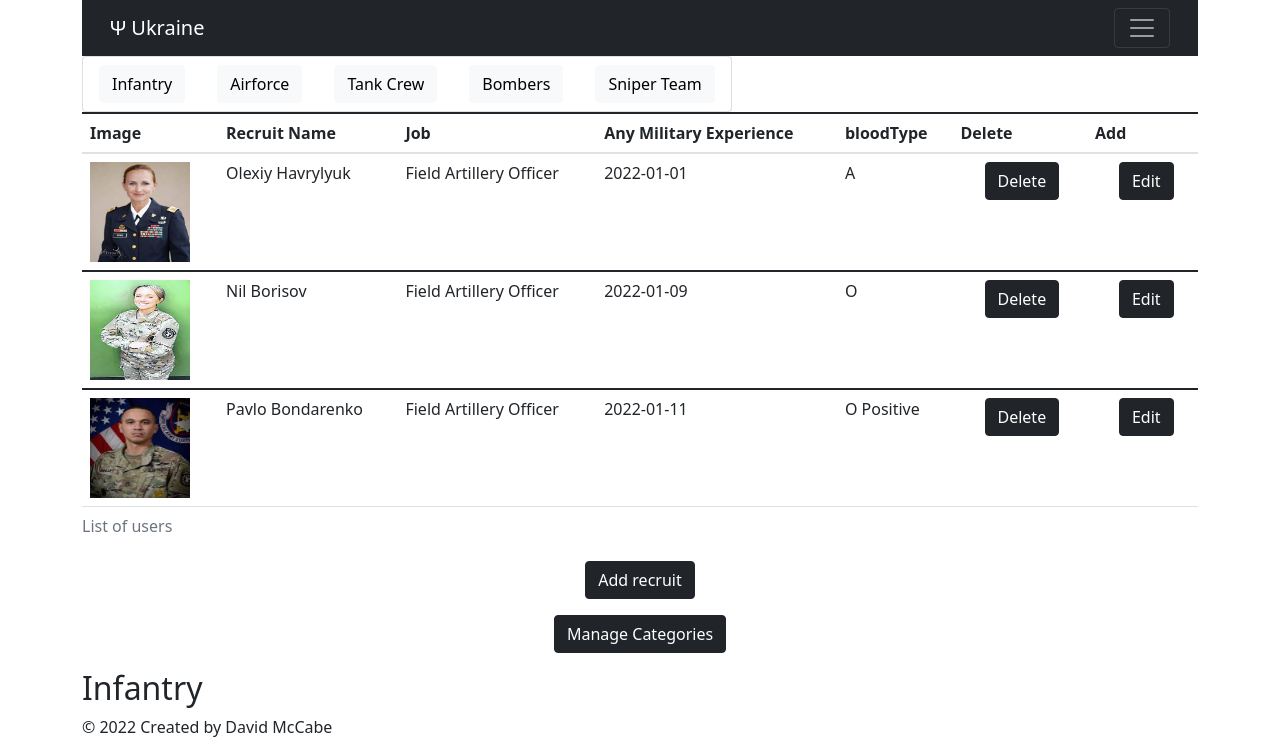
Repository: davidDKIT/ca2-davidmccabe-php
Page: http://localhost/delete_record.php
The author's editor kept a copy of each file at every save. The page is drawn from the files as they stood at one save, then again after the next save.
The browser window is 1280 px wide. The pictures show the whole page.
Some web fonts or font styles are not loaded; a fallback is used. The page is run by PHP 8.4 with error messages shown; the project is at /var/www/html/. The database holds what the project's SQL file puts in it.

Above is the page before, as saved 2022-03-15 19:13:01.

### delete_record.php
<?php
require_once('database.php');

// Get IDs
$recruit_id = filter_input(INPUT_POST, 'recruit_id', FILTER_VALIDATE_INT);
$category_id = filter_input(INPUT_POST, 'category_id', FILTER_VALIDATE_INT);

// Delete the product from the database
if ($recruit_id != false && $category_id != false) {
    $query = "DELETE FROM recruits
              WHERE recruitID = :recruit_id";
    $statement = $db->prepare($query);
    $statement->bindValue(':recruit_id', $recruit_id);
    $statement->execute();
    $statement->closeCursor();
}

// display the Product List page
include('index.php');
?>

### database.php
<?php
    $dsn = 'mysql:host=localhost;dbname=ukraine_signup';
    $username = 'root';
    $password = '';

    try {
        $db = new PDO($dsn, $username, $password);
    } catch (PDOException $e) {
        $error_message = $e->getMessage();
        include('database_error.php');
        exit();
    }
?>

### index.php
<link rel="stylesheet" type="text/css" href="https://stackpath.bootstrapcdn.com/bootstrap/4.3.1/css/bootstrap.min.css" />
<link href="https://fonts.googleapis.com/css?family=Raleway&display=swap" rel="stylesheet" />

<?php
require_once('database.php');
error_reporting(E_ERROR | E_PARSE);
// Get category ID
if (!isset($category_id)) {
    $category_id = filter_input(
        INPUT_GET,
        'category_id',
        FILTER_VALIDATE_INT
    );
    if ($category_id == NULL || $category_id == FALSE) {
        $category_id = 1;
    }
}

// Get name for current category
$queryCategory = "SELECT * FROM categories
WHERE categoryID = :category_id";
$statement1 = $db->prepare($queryCategory);
$statement1->bindValue(':category_id', $category_id);
$statement1->execute();
$category = $statement1->fetch();
$statement1->closeCursor();
$category_name = $category['categoryName'];

// Get all categories
$queryAllCategories = 'SELECT * FROM categories
ORDER BY categoryID';
$statement2 = $db->prepare($queryAllCategories);
$statement2->execute();
$categories = $statement2->fetchAll();
$statement2->closeCursor();

// Get recruits for selected category
$queryrecruits = "SELECT * FROM recruits
WHERE categoryID = :category_id
ORDER BY recruitID";
$statement3 = $db->prepare($queryrecruits);
$statement3->bindValue(':category_id', $category_id);
$statement3->execute();
$recruits = $statement3->fetchAll();
$statement3->closeCursor();
?>
<div class="container">

    <?php
    include('includes/header.php');
    ?>
    <!-- display a list of categories -->
    <div class="text-center">
        <ul class = "list-group list-group-horizontal-sm">
            <?php foreach ($categories as $category) : ?>
                <li class="list-group-item">
                    <a class="btn btn-light" href=".?category_id=<?php echo $category['categoryID']; ?>">
                        <?php echo $category['categoryName']; ?>
                    </a>
                </li>
            <?php endforeach; ?>
        </ul>
    </div>



    <section>
        <!-- display a table of recruits -->


        <div class="text-center">
            <div class="row">
                <div class="col-12">
                    <table class="table caption-top">
                        <caption>List of users</caption>
                        <thead>
                            <tr>
                                <th scope="col">Image</th>
                                <th scope="col">Recruit Name</th>
                                <th scope="col">Job</th>
                                <th scope="col">Any Military Experience</th>
                                <th scope="col">bloodType</th>
                                <th scope="col">Delete</th>
                                <th scope="col">Add</th>
                            </tr>
                        </thead>
                        <?php foreach ($recruits as $recruit) : ?>
                            <tbody>
                                <tr>
                                    <td><img src="image_uploads/<?php echo $recruit['image']; ?>" width="100px" height="100px" /></td>
                                    <td><?php echo $recruit['recruitName']; ?></td>
                                    <td class="right"><?php echo $recruit['job']; ?></td>
                                    <td class="right"><?php echo $recruit['militaryExp']; ?></td>
                                    <td class="right"><?php echo $recruit['bloodType']; ?></td>
                                    <td>
                                        <form class="form-check" action="delete_record.php" method="post" id="delete_record_form">
                                            <input class="btn btn-dark" type="hidden" name="recruit_id" value="<?php echo $recruit['recruitID']; ?>">
                                            <input class="btn btn-dark" type="hidden" name="category_id" value="<?php echo $recruit['categoryID']; ?>">
                                            <input class="btn btn-dark" type="submit" value="Delete">
                                        </form>
                                    </td>
                                    <td>
                                        <form class="form-check" action="edit_record_form.php" method="post" id="delete_record_form">
                                            <input class="btn btn-dark" type="hidden" name="recruit_id" value="<?php echo $recruit['recruitID']; ?>">
                                            <input class="btn btn-dark" type="hidden" name="category_id" value="<?php echo $recruit['categoryID']; ?>">
                                            <input class="btn btn-dark" type="submit" value="Edit">
                                        </form>
                                    </td>
                                </tr>
                            <?php endforeach; ?>

                            </tbody>

                    </table>
                    <p><a class="btn btn-dark" href="add_record_form.php">Add recruit</a></p>
                    <p><a class="btn btn-dark" href="category_list.php">Manage Categories</a></p>
                </div>
            </div>
        </div>

        <h2><?php echo $category_name; ?></h2>
        <?php
        include('includes/footer.php');
        ?>
    </section>



    <!-- /.container-fluid -->

### includes/header.php
<!-- the head section -->

<head>
  <title>Ukraine Sign Up</title>
  <link href="https://cdn.jsdelivr.net/npm/bootstrap@5.1.3/dist/css/bootstrap.min.css" rel="stylesheet" integrity="sha384-1BmE4kWBq78iYhFldvKuhfTAU6auU8tT94WrHftjDbrCEXSU1oBoqyl2QvZ6jIW3" crossorigin="anonymous">
  <!-- Custom styles for this template-->
  <script src="https://cdn.jsdelivr.net/npm/bootstrap@5.1.3/dist/js/bootstrap.bundle.min.js" integrity="sha384-ka7Sk0Gln4gmtz2MlQnikT1wXgYsOg+OMhuP+IlRH9sENBO0LRn5q+8nbTov4+1p" crossorigin="anonymous"></script>

</head>

<!-- the body section -->

<body>
<nav class="navbar navbar-dark bg-dark">
  <div class="container-fluid">
    <a class="navbar-brand" href="main.php">Ψ Ukraine</a>
    <button class="navbar-toggler" type="button" data-bs-toggle="collapse" data-bs-target="#navbarNavDropdown" aria-controls="navbarNavDropdown" aria-expanded="false" aria-label="Toggle navigation">
      <span class="navbar-toggler-icon"></span>
    </button>
    <div class="collapse navbar-collapse" id="navbarNavDropdown">
      <ul class="navbar-nav">
        <li class="nav-item">
          <a class="nav-link active" aria-current="page" href="index.php">Home</a>
        </li>
        <li class="nav-item">
          <a class="nav-link" href="#">Manage Categories</a>
        </li>
        <li class="nav-item">
          <a class="nav-link" href="#">Add New Recruit</a>
        </li>
        <li class="nav-item dropdown">
          <a class="nav-link dropdown-toggle" href="#" id="navbarDropdownMenuLink" role="button" data-bs-toggle="dropdown" aria-expanded="false">
            Dropdown link
          </a>
          <ul class="dropdown-menu" aria-labelledby="navbarDropdownMenuLink">
            <li><a class="dropdown-item" href="#">Action</a></li>
            <li><a class="dropdown-item" href="#">Another action</a></li>
            <li><a class="dropdown-item" href="#">Something else here</a></li>
          </ul>
        </li>
      </ul>
    </div>
  </div>
</nav>

### includes/footer.php
<footer>
<p>&copy; <?php echo date("Y"); ?> Created by David McCabe</p>
</footer>
</div><!-- close div container -->
</body>
</html>

### data-for-your-database.sql (the tables this page reads)
CREATE TABLE `categories` (
  `categoryID` int(11) NOT NULL AUTO_INCREMENT,
  `categoryName` varchar(255) NOT NULL,
  PRIMARY KEY (categoryID)
) ENGINE=InnoDB DEFAULT CHARSET=utf8;

INSERT INTO `categories` (`categoryID`, `categoryName`) VALUES
(1, 'Infantry'),
(2, 'Airforce'),
(3, 'Tank Crew'),
(4, 'Bombers'),
(5, 'Sniper Team');

ALTER TABLE `categories`
  ADD PRIMARY KEY (`categoryID`);

ALTER TABLE `categories`
  MODIFY `categoryID` int(11) NOT NULL AUTO_INCREMENT, AUTO_INCREMENT=3;

CREATE TABLE `recruits` (
  `recruitID` int(11) NOT NULL primary key AUTO_INCREMENT,
  `recruitName` varchar(255),
  `categoryID` int(11) NOT NULL,
  `job` varchar(255),
  `militaryExp` varchar(50) NOT NULL,
  `image` varchar(255),
  `bloodType` varchar(50) NOT NULL,
  FOREIGN KEY (`categoryID`) REFERENCES categories(`categoryID`)
) ENGINE=InnoDB DEFAULT CHARSET=utf8;

ALTER TABLE `recruits` AUTO_INCREMENT = 1000;

INSERT INTO `recruits` (`recruitID`, `recruitName`,`categoryID`, `job`, `militaryExp`, `image`, `bloodType`) VALUES
(1,'Olexiy Havrylyuk', 1, 'Field Artillery Officer', '2022-01-01', '4733.jpg', "A"),
(2, 'Oleksandr Sobol', 3, 'Combat Engineer', '2022-01-01', '11537.jpg', "B"),
(3, 'Sofron Sokolov', 3, 'Combat Engineer', '2022-01-05', '28893.jpg', "O Positive"),
(4, 'Valery Zelenko', 2,'Soldeir', '2022-01-07', '119273.jpg', "O"),
(5, 'Nil Borisov', 1, 'Field Artillery Officer', '2022-01-09', '233012.jpg', "O"),
(6, 'Nazar Zyma', 3, 'Combat Engineer', '2022-01-09', '266531.jpg', "O"),
(7, 'Erast Vasylyk', 3,'Combat Engineer', '2022-01-09', '329484.jpg', "O Positive"),
(8, 'Pavlo Bondarenko', 1, 'Field Artillery Officer', '2022-01-11', '361782.jpg', "O Positive"),
(9, 'Martyn Sokolov', 4, 'Wheeled Vehicle Mechanic', '2022-01-14', '373465.jpg', "O Positive"),
(10, 'Valeriy Kovalchuk', 4, 'Wheeled Vehicle Mechanic', '2022-01-14', '373989.jpg', "O"),
(11, 'Yevhen Chayka', 5, 'Marksman Sniper', '2022-01-17', '374104.jpg', "O"),
(12, 'Tymofiy Baran', 2, 'Soldeir', '2022-01-01', '644055.jpg', "A"),
(13, 'Stanislav Kravchenko', 2, 'Soldeir', '2022-01-01', '644471.jpg', "O Positive"),
(14, 'Markiyan Holub', 5, 'Marksman Sniper', '2022-01-01', '834551.jpg', "O Positive"),
(15, 'Heorhiy Shevchuk', 5, 'Marksman Sniper', '2022-01-28', '835545.jpg', "O");

ALTER TABLE `recruits`
  ADD PRIMARY KEY (`recruitID`);

ALTER TABLE `recruits`
  MODIFY `recruitID` int(11) NOT NULL AUTO_INCREMENT, AUTO_INCREMENT=13;

After the next save:
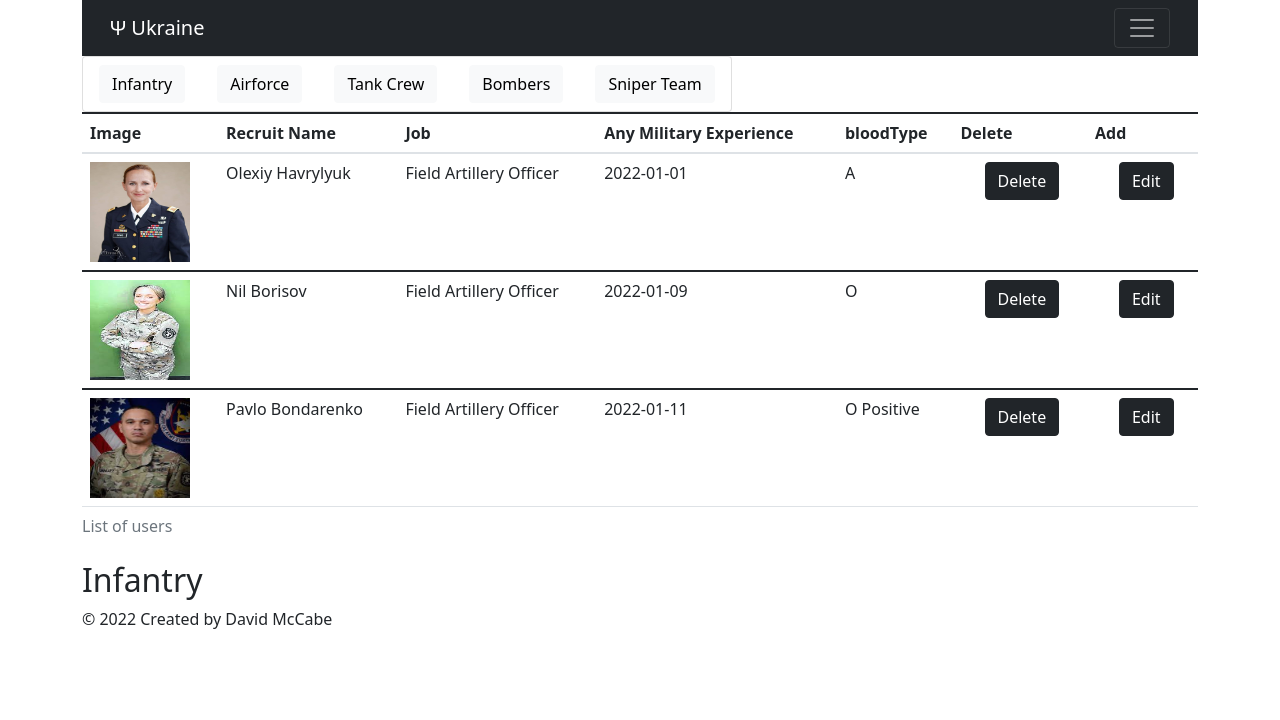
Saved 14 s later.
--- a/index.php
+++ b/index.php
@@ -112,8 +112,6 @@ $statement3->closeCursor();
                             </tbody>
 
                     </table>
-                    <p><a class="btn btn-dark" href="add_record_form.php">Add recruit</a></p>
-                    <p><a class="btn btn-dark" href="category_list.php">Manage Categories</a></p>
                 </div>
             </div>
         </div>
